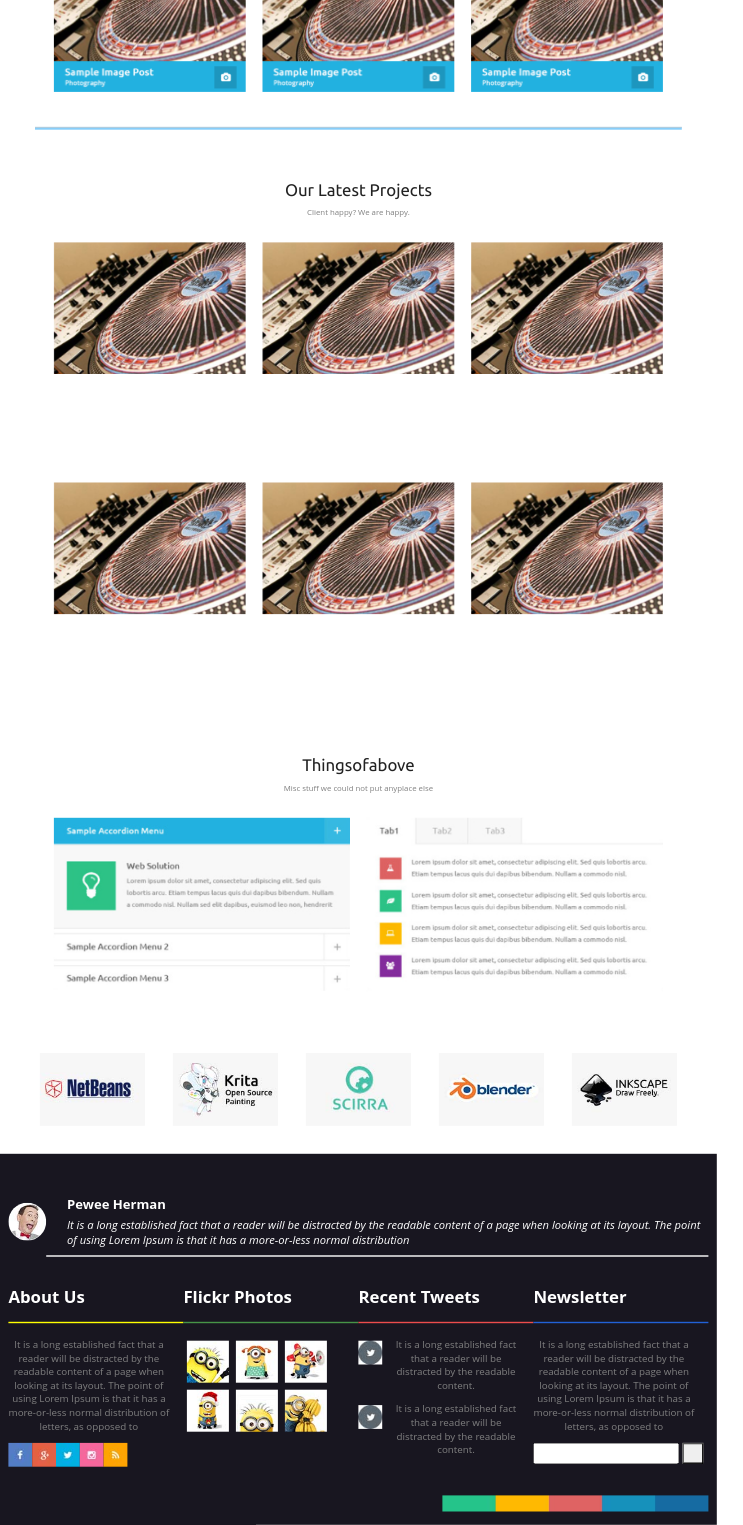
Repository: RenataDzotova/Metrolics-Renata-Beyonce
Page: index.html
These files come from the project's save history. The page is drawn as it stood at one moment and after the next save; the edit follows.
The browser window is 1024 px wide. The page is 1062 px wide, so the pictures cover 1062 px, including what lies to the right of the window. The pictures show the part of the page from y = 1526 to 3766 px (the page is 3704 px tall before and 3766 px after), at 70% of full size.
Some web fonts or font styles are not loaded; a fallback is used.

Above is the page before, as saved 2022-02-02 17:52:05.

After the next save:
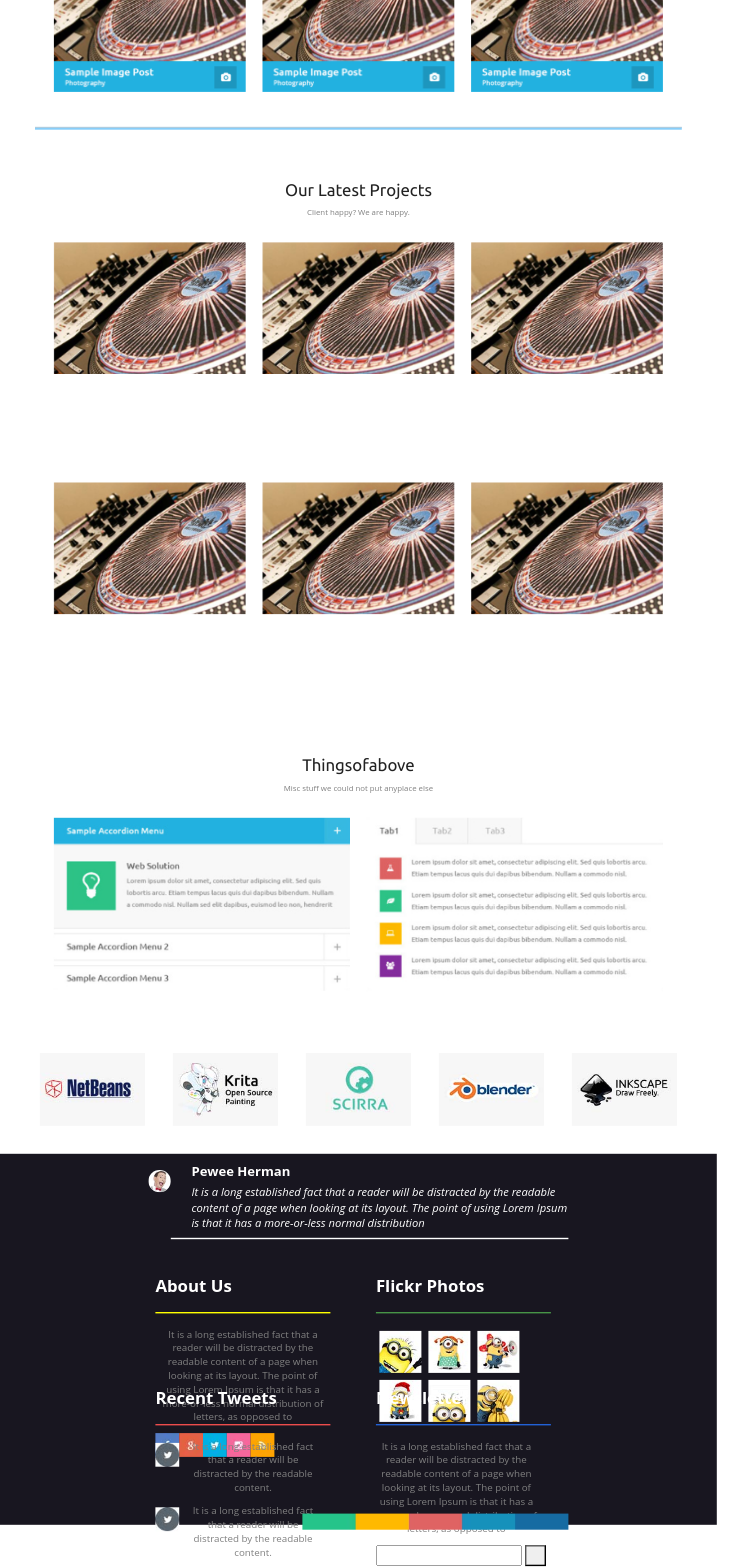
Saved 90 s later.
--- a/css/renata.css
+++ b/css/renata.css
@@ -366,3 +366,46 @@
     justify-content: flex-end;
     margin-top: 40px;
   }
+
+
+
+
+
+  /* //////////////// media queries //////////// */
+
+  @media screen and (max-width: 74.9375em) {
+    .footerBlack_content{
+        width: 600px;
+        height: 800px;
+    }
+
+    .footer-black{
+
+    }
+
+    .PeweeHerman{
+        width: 600px;
+    }
+
+    .info-blocks{
+        display: grid;
+        grid-template-columns: auto auto;
+        grid-template-rows: 150px 150px;
+        width: 600px;
+        grid-gap: 10px;
+        padding: 10px;
+    }
+
+    .blockOne p{
+        width: 250px;
+    }
+
+    /* .info-blocks{
+        display: flex;
+        flex-direction: row;
+        align-content: flex-start;
+        width: 600px;
+    } */
+
+
+}
